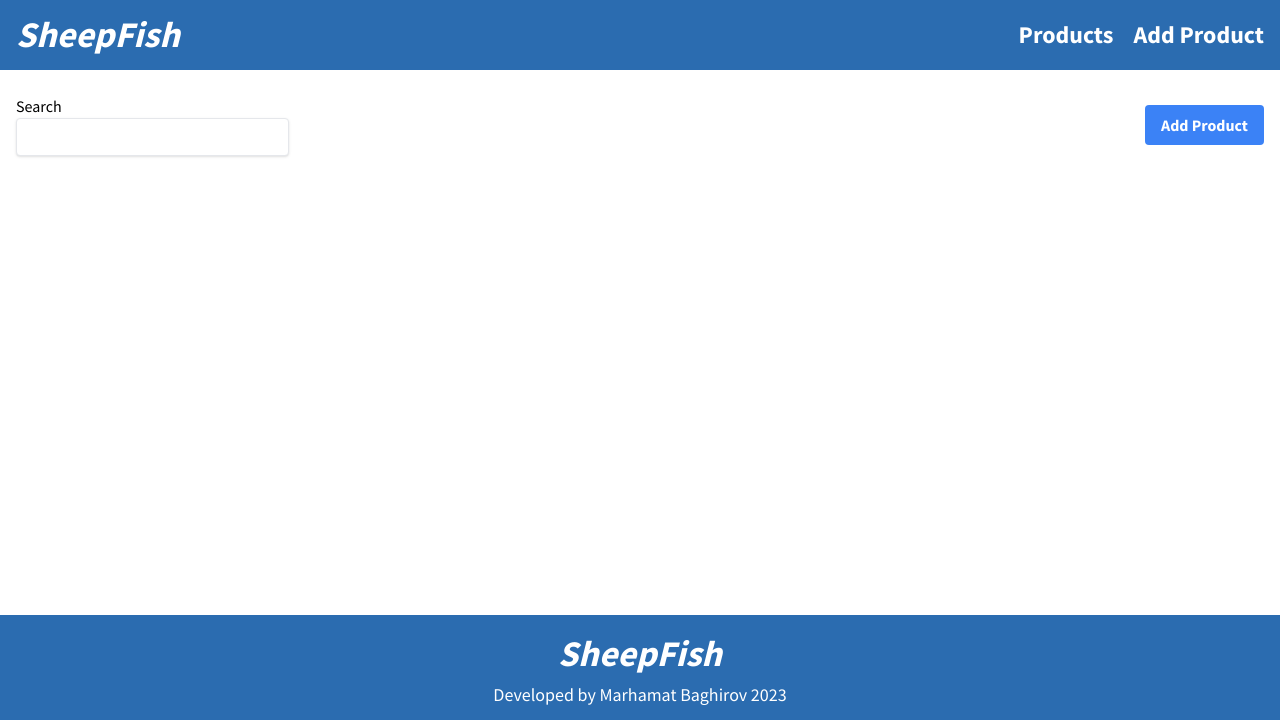
Repository: Marhamat92/sheep-fish-task
Page: /
An editor plug-in stored every save of this project. The page is shown before and after the next save, followed by the edit.
The browser window is 1280 px wide. The pictures show the whole page.
The project was rebuilt for these pictures with package versions that can differ from the ones it lists, and the page was loaded fresh each time. Also part of the build but not shown: src/App.css.

Above is the page before, as saved 2023-03-28 13:29:50.

After the next save:
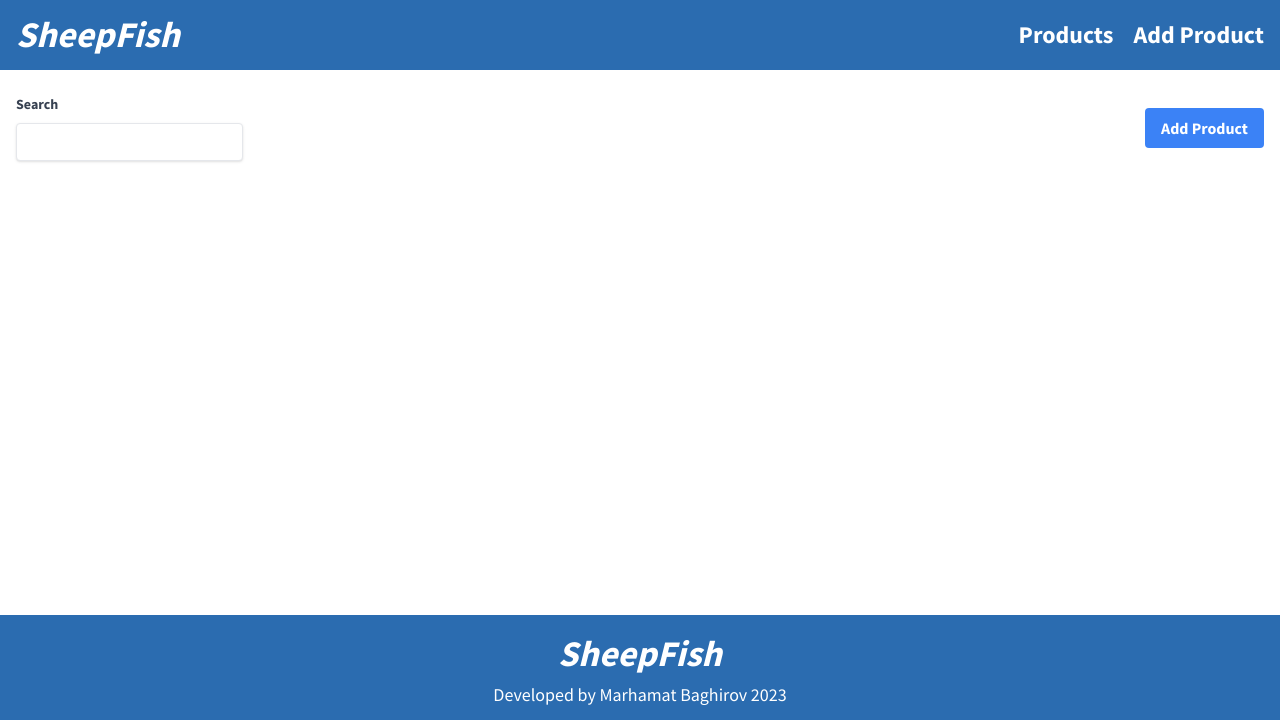
Saved 33 s later.
--- a/src/components/SearchField.tsx
+++ b/src/components/SearchField.tsx
@@ -5,7 +5,13 @@
 const SearchField = (props: Props) => {
   return (
     <div>
-      <label htmlFor='search'>Search</label>
+      <label
+        className='block text-gray-700 text-sm font-bold mb-2'
+        htmlFor='search'
+      >
+        Search
+      </label>
+
       <input
         type='text'
         name='search'
